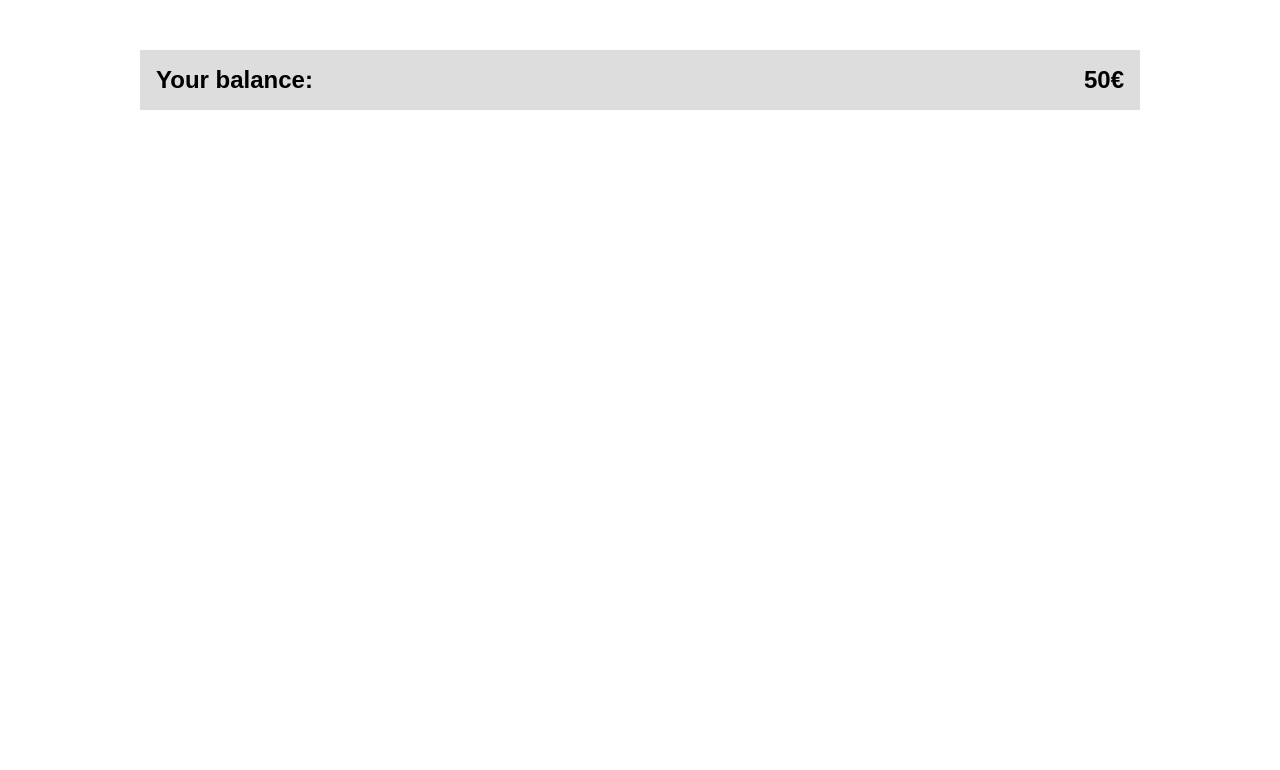
Repository: kcvijay/cart-discoutcodes
Page: /
An editor plug-in stored every save of this project. The page is shown before and after the next save, followed by the edit.
The browser window is 1280 px wide. The pictures show the whole page.
The project was rebuilt for these pictures with package versions that can differ from the ones it lists, and the page was loaded fresh each time.

Above is the page before, as saved 2023-05-17 11:24:27.

### public/index.html
<!DOCTYPE html>
<html lang="en">
  <head>
    <meta charset="utf-8" />
    <link rel="icon" href="%PUBLIC_URL%/favicon.ico" />
    <meta name="viewport" content="width=device-width, initial-scale=1" />
    <meta name="theme-color" content="#000000" />
    <meta
      name="description"
      content="Discount Codes searching, fetching and enabling for the cart system."
    />
    <link rel="apple-touch-icon" href="%PUBLIC_URL%/logo192.png" />
    <link rel="manifest" href="%PUBLIC_URL%/manifest.json" />
    <title>Discount Codes for Cart</title>
  </head>
  <body>
    <noscript>You need to enable JavaScript to run this app.</noscript>
    <div id="root"></div>

  </body>
</html>

### src/index.css
* {
  margin: 0;
  padding: 0;
  box-sizing: border-box;
  scroll-behavior: smooth;
}

body {
  max-width: 100vw;
  min-height: 100vh;
  font-family: Arial, Helvetica, sans-serif;
}

.main-wrapper {
  max-width: 1000px;
  min-height: auto;
  background-color: #ddd;
  margin: 50px auto;
}

.detail-block {
  display: flex;
  justify-content: space-between;
  padding: 1rem;
}

### src/App.tsx
import React from "react";
import "./App.css";
import CartInput from "./CartInput";

function App() {
  return (
    <div className="App">
      <CartInput />
    </div>
  );
}

export default App;

### src/CartInput.tsx
import React from "react";

const CartInput = () => {
  return (
    <div className="main-wrapper">
      <div className="detail-block">
        <h2>Your balance:</h2>
        <h2>{"50€"}</h2>
      </div>
    </div>
  );
};

export default CartInput;

Loaded but not shown: src/index.tsx (common file); src/reportWebVitals.ts (common file); src/App.css (common file)

After the next save:
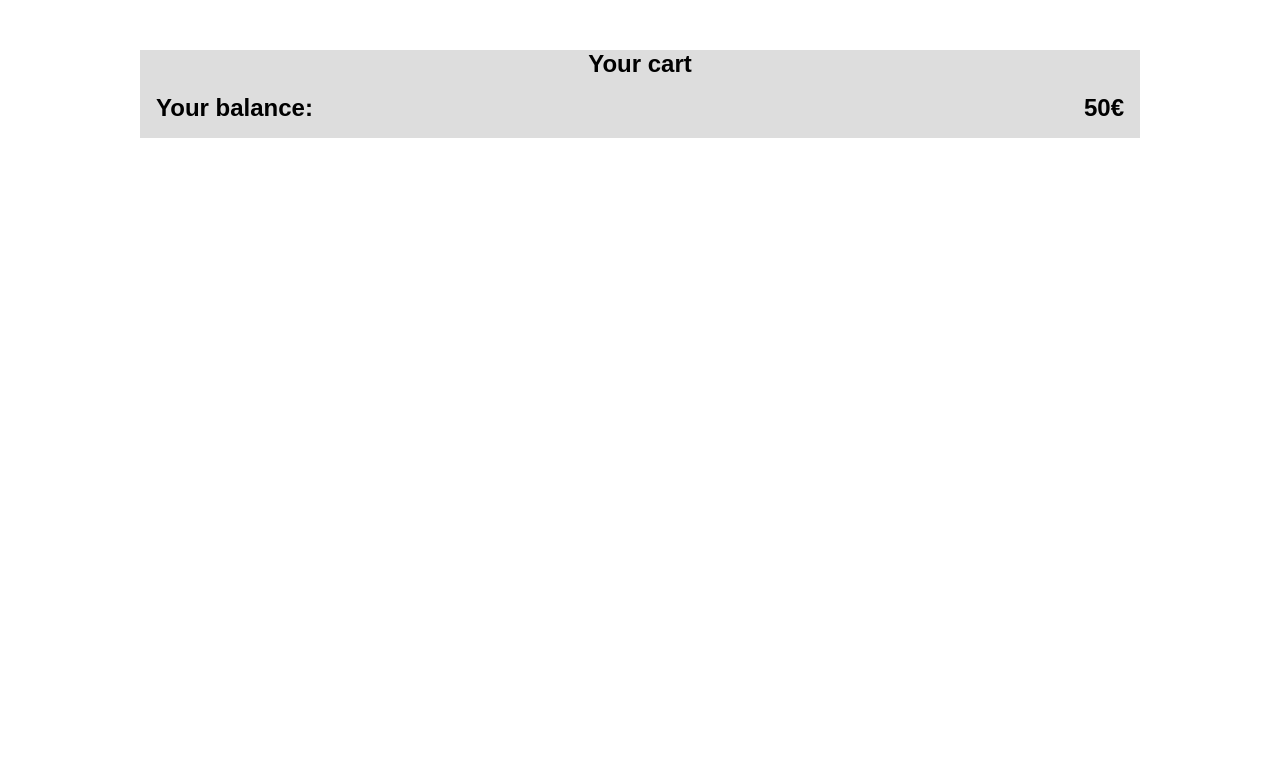
Saved 31 s later.
--- a/src/CartInput.tsx
+++ b/src/CartInput.tsx
@@ -3,6 +3,7 @@ import React from "react";
 const CartInput = () => {
   return (
     <div className="main-wrapper">
+      <h2 className="content-header">Your cart</h2>
       <div className="detail-block">
         <h2>Your balance:</h2>
         <h2>{"50€"}</h2>
